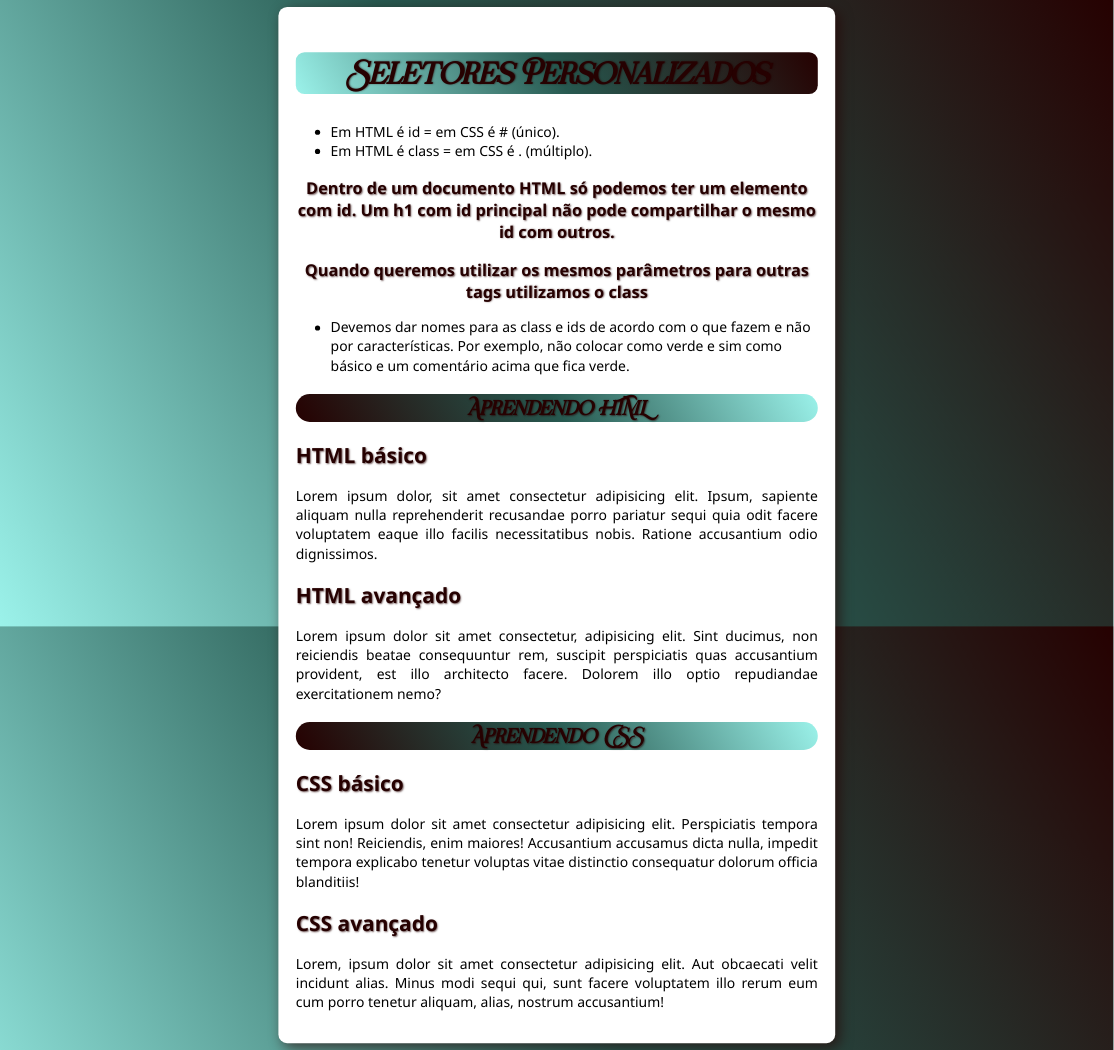
Repository: Willcmorais/vscode-workspace
Page: html-css/curso-em-video/modulo02/estudos/ex024-seletores-personaliz/index.html
These files come from the project's save history. The page is drawn as it stood at one moment and after a run of saves; the edit follows.
The browser window is 1280 px wide. The pictures show the whole page, at 87% of full size.
Backgrounds fixed to the window are drawn as part of the page.

Above is the page before, as saved 2024-09-23 10:11:08.

After the next 3 saves:
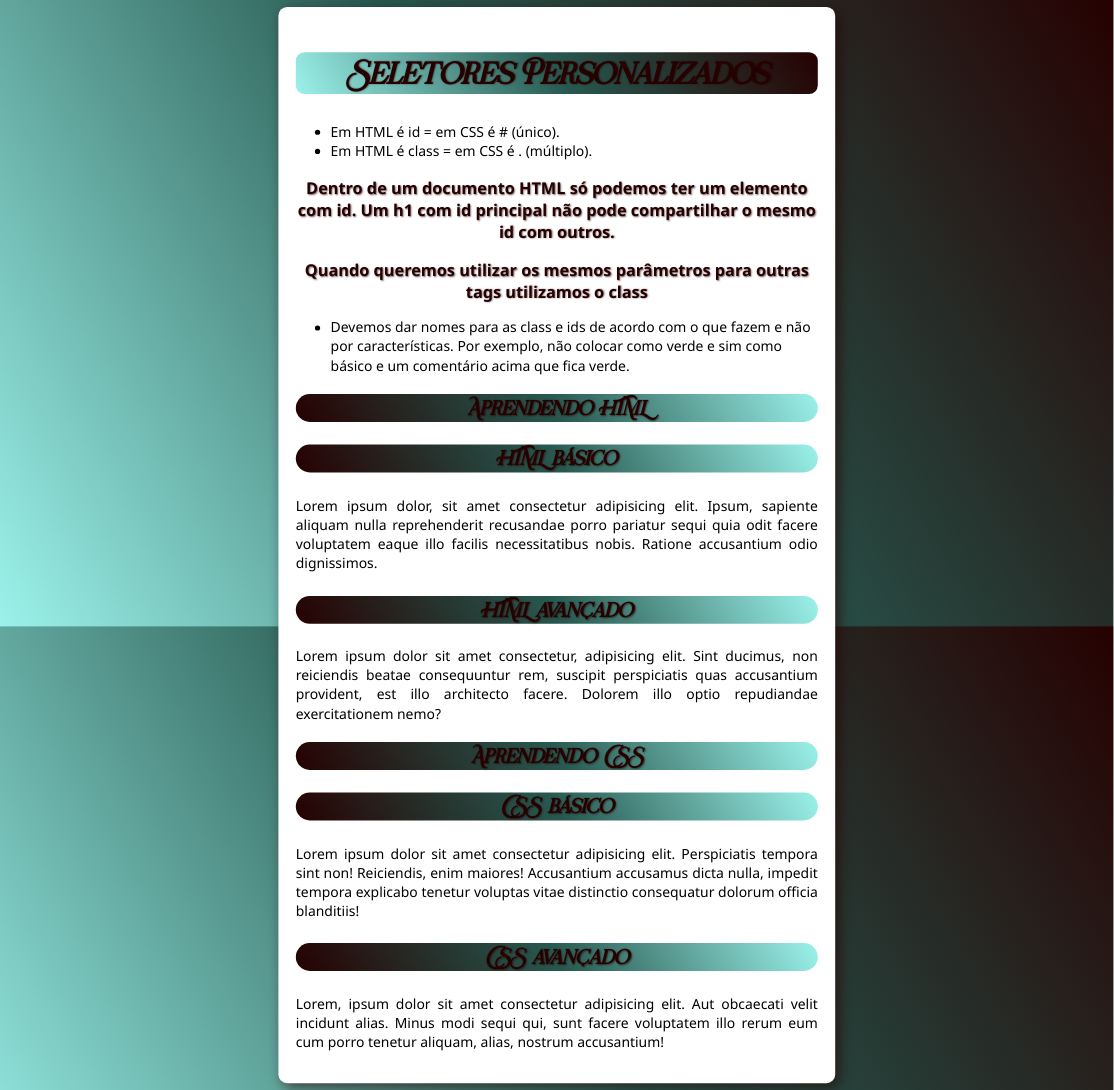
The 3 saves are shown as one change because they came seconds apart.
The last was saved 9 s later.
--- a/html-css/curso-em-video/modulo02/estudos/ex024-seletores-personaliz/style.css
+++ b/html-css/curso-em-video/modulo02/estudos/ex024-seletores-personaliz/style.css
@@ -51,12 +51,24 @@ h1#principal {
     text-shadow: 1px 1px 2px rgba(38, 1, 1, 0.615);
 }
 
-.basico{
-
+.basico {
+    font: italic bold 2em 'Rusilla';
+    text-align: center;
+    color: #260101;
+    background-image: linear-gradient(-120deg, #9BF2EA, #275950, #260101);
+    border-radius: 30px;
+    /*mesmos parametros para o box-shadow*/
+    text-shadow: 1px 1px 2px rgba(38, 1, 1, 0.615);
 }
 
-.avancado{
-
+.avancado {
+    font: italic bold 2em 'Rusilla';
+    text-align: center;
+    color: #260101;
+    background-image: linear-gradient(-120deg, #9BF2EA, #275950, #260101);
+    border-radius: 30px;
+    /*mesmos parametros para o box-shadow*/
+    text-shadow: 1px 1px 2px rgba(38, 1, 1, 0.615);
 }
 
 h1 {
